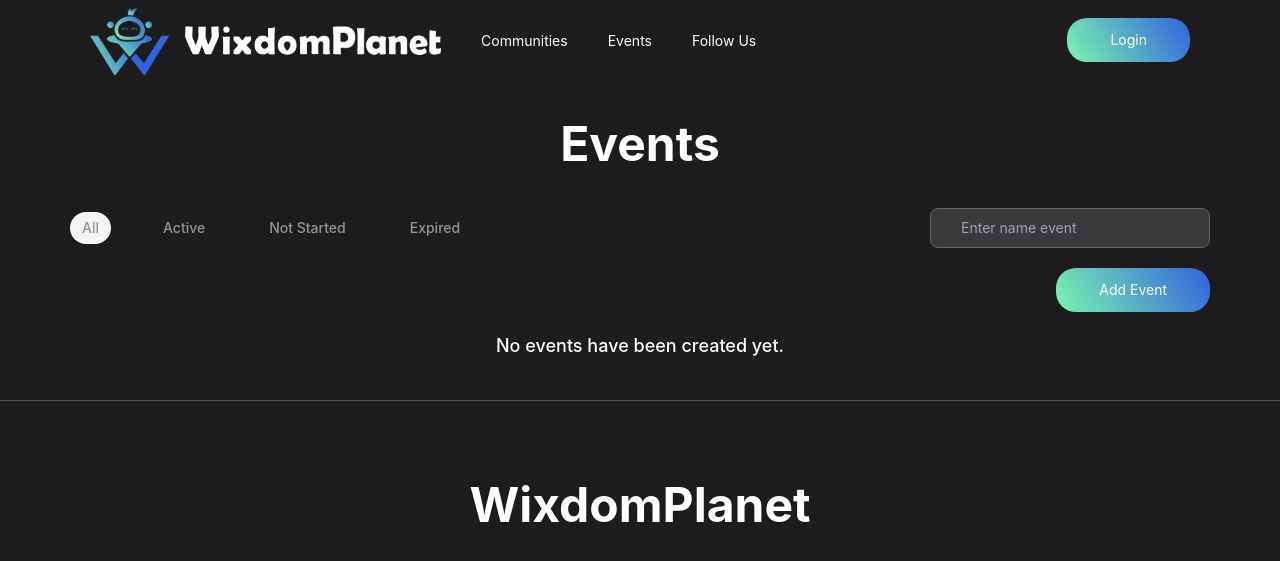
Repository: haudnn/WixdomPlanet-demo
Page: /
The author's editor kept a copy of each file at every save. The page is drawn from the files as they stood at one save, then again after the next save.
The browser window is 1280 px wide. The pictures show the whole page.
The project was rebuilt for these pictures with package versions that can differ from the ones it lists, and the page was loaded fresh each time. Also part of the build but not shown: vite.config.js, src/features/Event/page/AddEvent.jsx, src/features/Event/components/EventItem.jsx.

Above is the page before, as saved 2023-02-04 14:15:37.

### src/App.jsx
import "./App.css";
import { BrowserRouter } from "react-router-dom";
import Header from "./components/Layout/Header";
import RoutesConfig from "./config/RoutesConfig";
import Footer from "./components/Layout/Footer";
function App() {
  return (
    <div className="App bg-[#1c1c1e] min-h-screen">
      <BrowserRouter>
        <Header />
        <RoutesConfig/>
        <Footer/>
      </BrowserRouter>
    </div>
  );
}

export default App;

### src/index.css
@tailwind base;
@tailwind components;
@tailwind utilities;

:root {
  font-family: Inter, system-ui, Avenir, Helvetica, Arial, sans-serif;
}

### src/App.css
.active {
    background-color:#f5f5f5 ;
    border-radius: 100px;
    color: #525252;
}
.grid {
    width: 100% !important;
    display: block !important;
    padding: 0;
}

.grid.wide {
    max-width: 1200px;
    margin: 0 auto;
}

.row {
    display: flex;
    flex-wrap: wrap;
    margin-left: -4px;
    margin-right: -4px;
}

.row.no-gutters {
    margin-left: 0;
    margin-right: 0;
}

.col {
    padding-left: 4px;
    padding-right: 4px;
}

.row.no-gutters .col {
    padding-left: 0;
    padding-right: 0;
}

.c-0 {
    display: none;
}

.c-1 {
    flex: 0 0 8.33333%;
    max-width: 8.33333%;
}

.c-2 {
    flex: 0 0 16.66667%;
    max-width: 16.66667%;
}

.c-3 {
    flex: 0 0 25%;
    max-width: 25%;
}

.c-4 {
    flex: 0 0 33.33333%;
    max-width: 33.33333%;
}

.c-5 {
    flex: 0 0 41.66667%;
    max-width: 41.66667%;
}

.c-6 {
    flex: 0 0 50%;
    max-width: 50%;
}

.c-7 {
    flex: 0 0 58.33333%;
    max-width: 58.33333%;
}

.c-8 {
    flex: 0 0 66.66667%;
    max-width: 66.66667%;
}

.c-9 {
    flex: 0 0 75%;
    max-width: 75%;
}

.c-10 {
    flex: 0 0 83.33333%;
    max-width: 83.33333%;
}

.c-11 {
    flex: 0 0 91.66667%;
    max-width: 91.66667%;
}

.c-12 {
    flex: 0 0 100%;
    max-width: 100%;
}

.c-o-1 {
    margin-left: 8.33333%;
}

.c-o-2 {
    margin-left: 16.66667%;
}

.c-o-3 {
    margin-left: 25%;
}

.c-o-4 {
    margin-left: 33.33333%;
}

.c-o-5 {
    margin-left: 41.66667%;
}

.c-o-6 {
    margin-left: 50%;
}

.c-o-7 {
    margin-left: 58.33333%;
}

.c-o-8 {
    margin-left: 66.66667%;
}

.c-o-9 {
    margin-left: 75%;
}

.c-o-10 {
    margin-left: 83.33333%;
}

.c-o-11 {
    margin-left: 91.66667%;
}

/* >= Tablet */
@media (min-width: 740px) {
    .row {
        margin-left: -8px;
        margin-right: -8px;
    }

    .col {
        padding-left: 8px;
        padding-right: 8px;
    }

    .m-0 {
        display: none;
    }

    .m-1,
    .m-2,
    .m-3,
    .m-4,
    .m-5,
    .m-6,
    .m-7,
    .m-8,
    .m-9,
    .m-10,
    .m-11,
    .m-12 {
        display: block;
    }

    .m-1 {
        flex: 0 0 8.33333%;
        max-width: 8.33333%;
    }

    .m-2 {
        flex: 0 0 16.66667%;
        max-width: 16.66667%;
    }

    .m-3 {
        flex: 0 0 25%;
        max-width: 25%;
    }

    .m-4 {
        flex: 0 0 33.33333%;
        max-width: 33.33333%;
    }

    .m-5 {
        flex: 0 0 41.66667%;
        max-width: 41.66667%;
    }

    .m-6 {
        flex: 0 0 50%;
        max-width: 50%;
    }

    .m-7 {
        flex: 0 0 58.33333%;
        max-width: 58.33333%;
    }

    .m-8 {
        flex: 0 0 66.66667%;
        max-width: 66.66667%;
    }

    .m-9 {
        flex: 0 0 75%;
        max-width: 75%;
    }

    .m-10 {
        flex: 0 0 83.33333%;
        max-width: 83.33333%;
    }

    .m-11 {
        flex: 0 0 91.66667%;
        max-width: 91.66667%;
    }

    .m-12 {
        flex: 0 0 100%;
        max-width: 100%;
    }

    .m-o-1 {
        margin-left: 8.33333%;
    }

    .m-o-2 {
        margin-left: 16.66667%;
    }

    .m-o-3 {
        margin-left: 25%;
    }

    .m-o-4 {
        margin-left: 33.33333%;
    }

    .m-o-5 {
        margin-left: 41.66667%;
    }

    .m-o-6 {
        margin-left: 50%;
    }

    .m-o-7 {
        margin-left: 58.33333%;
    }

    .m-o-8 {
        margin-left: 66.66667%;
    }

    .m-o-9 {
        margin-left: 75%;
    }

    .m-o-10 {
        margin-left: 83.33333%;
    }

    .m-o-11 {
        margin-left: 91.66667%;
    }
}

/* PC medium resolution > */
@media (min-width: 1113px) {
    .row {
        margin-left: -12px;
        margin-right: -12px;
    }

    .row.sm-gutter {
        margin-left: -5px;
        margin-right: -5px;
    }

    .col {
        padding-left: 12px;
        padding-right: 12px;
    }

    .row.sm-gutter .col {
        padding-left: 5px;
        padding-right: 5px;
    }

    .l-0 {
        display: none;
    }

    .l-1,
    .l-2,
    .l-2-4,
    .l-3,
    .l-4,
    .l-5,
    .l-6,
    .l-7,
    .l-8,
    .l-9,
    .l-10,
    .l-11,
    .l-12 {
        display: block;
    }

    .l-1 {
        flex: 0 0 8.33333%;
        max-width: 8.33333%;
    }

    .l-2 {
        flex: 0 0 16.66667%;
        max-width: 16.66667%;
    }

    .l-2-4 {
        flex: 0 0 20%;
        max-width: 20%;
    }

    .l-3 {
        flex: 0 0 25%;
        max-width: 25%;
    }

    .l-4 {
        flex: 0 0 33.33333%;
        max-width: 33.33333%;
    }

    .l-5 {
        flex: 0 0 41.66667%;
        max-width: 41.66667%;
    }

    .l-6 {
        flex: 0 0 50%;
        max-width: 50%;
    }

    .l-7 {
        flex: 0 0 58.33333%;
        max-width: 58.33333%;
    }

    .l-8 {
        flex: 0 0 66.66667%;
        max-width: 66.66667%;
    }

    .l-9 {
        flex: 0 0 75%;
        max-width: 75%;
    }

    .l-10 {
        flex: 0 0 83.33333%;
        max-width: 83.33333%;
    }

    .l-11 {
        flex: 0 0 91.66667%;
        max-width: 91.66667%;
    }

    .l-12 {
        flex: 0 0 100%;
        max-width: 100%;
    }

    .l-o-1 {
        margin-left: 8.33333%;
    }

    .l-o-2 {
        margin-left: 16.66667%;
    }

    .l-o-3 {
        margin-left: 25%;
    }

    .l-o-4 {
        margin-left: 33.33333%;
    }

    .l-o-5 {
        margin-left: 41.66667%;
    }

    .l-o-6 {
        margin-left: 50%;
    }

    .l-o-7 {
        margin-left: 58.33333%;
    }

    .l-o-8 {
        margin-left: 66.66667%;
    }

    .l-o-9 {
        margin-left: 75%;
    }

    .l-o-10 {
        margin-left: 83.33333%;
    }

    .l-o-11 {
        margin-left: 91.66667%;
    }
}

/* Tablet - PC low resolution */
@media (min-width: 740px) and (max-width: 1023px) {
    .wide {
        width: 644px;
    }
}

/* > PC low resolution */
@media (min-width: 1024px) and (max-width: 1239px) {
    .wide {
        width: 984px;
    }

    .wide .row {
        margin-left: -12px;
        margin-right: -12px;
    }

    .wide .row.sm-gutter {
        margin-left: -5px;
        margin-right: -5px;
    }

    .wide .col {
        padding-left: 12px;
        padding-right: 12px;
    }

    .wide .row.sm-gutter .col {
        padding-left: 5px;
        padding-right: 5px;
    }

    .wide .l-0 {
        display: none;
    }

    .wide .l-1,
    .wide .l-2,
    .wide .l-2-4,
    .wide .l-3,
    .wide .l-4,
    .wide .l-5,
    .wide .l-6,
    .wide .l-7,
    .wide .l-8,
    .wide .l-9,
    .wide .l-10,
    .wide .l-11,
    .wide .l-12 {
        display: block;
    }

    .wide .l-1 {
        flex: 0 0 8.33333%;
        max-width: 8.33333%;
    }

    .wide .l-2 {
        flex: 0 0 16.66667%;
        max-width: 16.66667%;
    }

    .wide .l-2-4 {
        flex: 0 0 20%;
        max-width: 20%;
    }

    .wide .l-3 {
        flex: 0 0 25%;
        max-width: 25%;
    }

    .wide .l-4 {
        flex: 0 0 33.33333%;
        max-width: 33.33333%;
    }

    .wide .l-5 {
        flex: 0 0 41.66667%;
        max-width: 41.66667%;
    }

    .wide .l-6 {
        flex: 0 0 50%;
        max-width: 50%;
    }

    .wide .l-7 {
        flex: 0 0 58.33333%;
        max-width: 58.33333%;
    }

    .wide .l-8 {
        flex: 0 0 66.66667%;
        max-width: 66.66667%;
    }

    .wide .l-9 {
        flex: 0 0 75%;
        max-width: 75%;
    }

    .wide .l-10 {
        flex: 0 0 83.33333%;
        max-width: 83.33333%;
    }

    .wide .l-11 {
        flex: 0 0 91.66667%;
        max-width: 91.66667%;
    }

    .wide .l-12 {
        flex: 0 0 100%;
        max-width: 100%;
    }

    .wide .l-o-1 {
        margin-left: 8.33333%;
    }

    .wide .l-o-2 {
        margin-left: 16.66667%;
    }

    .wide .l-o-3 {
        margin-left: 25%;
    }

    .wide .l-o-4 {
        margin-left: 33.33333%;
    }

    .wide .l-o-5 {
        margin-left: 41.66667%;
    }

    .wide .l-o-6 {
        margin-left: 50%;
    }

    .wide .l-o-7 {
        margin-left: 58.33333%;
    }

    .wide .l-o-8 {
        margin-left: 66.66667%;
    }

    .wide .l-o-9 {
        margin-left: 75%;
    }

    .wide .l-o-10 {
        margin-left: 83.33333%;
    }

    .wide .l-o-11 {
        margin-left: 91.66667%;
    }
}

### src/components/Layout/Header.jsx
import React from 'react'
import { Link } from 'react-router-dom'
import logo from "../../assets/imgs/logo.png"
const Header = () => {
  return (
    <header className='h-[80px]'>
        <div className='max-w-[1140px] my-0 mx-auto h-full px-5'>
            <div className='flex items-center justify-between h-full'>
                <div className='flex items-center gap-x-10'>
                    <div className='h-[80px]'>
                        <Link to="/">
                            <img src={logo} alt="Logo" className='w-full h-full object-cover' />
                        </Link>
                    </div>
                    <ul className='flex items-center gap-x-10'>
                        <li>
                            <Link className='text-sm text-white' to="/communities">Communities</Link>
                        </li>
                        <li>
                            <Link className='text-sm text-white' to="/events">Events</Link>
                        </li>
                        <li>
                            <Link className='text-sm text-white' to="/follow">Follow Us</Link>
                        </li>
                    </ul>
                </div>
                <button style={{background: "linear-gradient(239deg,#3262dd,#7af4ae 98.78%)"}} className='text-sm text-white rounded-[20px] py-3 px-[43px]'>
                    <Link to="/login">Login</Link>
                </button>
            </div>
        </div>
    </header>
  )
}

export default Header

### src/config/RoutesConfig.jsx
import { Routes, Route } from 'react-router-dom';
import routes from '../constants/routes';
function RoutesConfig() {
  return (
    <Routes>
      {routes.map(({ path, component }) => (
        <Route key={path} path={path} element={component} />
      ))}
    </Routes>
  );
}
export default RoutesConfig;

### src/components/Layout/Footer.jsx
import React from 'react'

const Footer = () => {
  return (
    <footer className='border-t border-solid border-[#525252]'>
        <div className='max-w-[1140px] my-0 mx-auto px-5'>
            <div className="pt-[80px] pb-[48px] text-center text-white text-5xl font-bold">
               WixdomPlanet
            </div>
        </div>
    </footer>
  )
}

export default Footer

### src/constants/routes.jsx
import AddEvent from "../features/Event/page/AddEvent";
import Home from "../features/Home";

const routes = [
    {
      path: '/',
      component: <Home/>,
    },
    {
        path: '/add',
        component: <AddEvent/>,
      },
]
export default routes;

### src/features/Home.jsx
import React, { useEffect, useState } from "react";
import { Link } from "react-router-dom";
import { useLocalStorage } from "../hooks";
import Event from "./Event/page/Event";

const categorise = [
  {
    id: 1,
    name: "All",
  },
  {
    id: 2,
    name: "Active",
  },
  {
    id: 3,
    name: "Not Started",
  },
  {
    id: 4,
    name: "Expired",
  },
];
const Home = () => {
  const events = useLocalStorage();
  const [selectedCategoryId, setSelectedCategoryId] = useState(1);
  const [filteredEvents, setFilteredEvents] = useState([events])
  console.log(filteredEvents)
  // const filteredEvents = events.filter(product =>
  //   product.name.toLowerCase().includes(searchTerm.toLowerCase())
  // );
  const handleFilterEvents = (e,categoryId) => {
    const filterEvents = filteredEvents.filter((event) => {
      return event.statusEvent === e.target.name;
    })
    setFilteredEvents(filterEvents)
    setSelectedCategoryId(categoryId)
  }
  return (
    <section className="home py-10 max-w-[1140px] my-0 mx-auto">
      <div className="text-center">
        <span className="text-white font-bold text-5xl">Events</span>
      </div>
      <div className="mt-10 flex items-center justify-between">
        <ul className="flex items-center gap-x-10">
          {categorise.map((category) => (
            <li
              onClick={(e) => handleFilterEvents(e,category.id)}
              key={category.id}
              name={category.name}
              className={`${
                selectedCategoryId === category.id ? "active" : ""
              } font-medium text-[#949499] px-3 py-[6px] cursor-pointer text-sm`}
            >
              {category.name}
            </li>
          ))}
        </ul>
        <div className="w-[280px]">
          <input
            type="text"
            placeholder="Enter name event"
            className="text-sm pl-[30px] pr-[15px] h-10 leading-10 border border-solid border-[#636366] inline-block w-full bg-[#3a3a3c] rounded-lg text-white"
          />
        </div>
      </div>
      <div className="my-5 flex justify-end">
        <Link
          to="/add"
          style={{
            background: "linear-gradient(239deg,#3262dd,#7af4ae 98.78%)",
          }}
          className=" block text-sm text-white rounded-[20px] py-3 px-[43px]"
        >
          Add Event
        </Link>
      </div>
      <div className="mt-5">
        {events.length > 0 ? (
          <Event events={events} />
        ) : (
          <div className="text-center">
            <span className="text-white font-medium text-lg">
              No events have been created yet.
            </span>
          </div>
        )}
      </div>
    </section>
  );
};

export default Home;

### src/hooks/index.js
import useLocalStorage from "./useLocalStorage";
import useCheckStatusEvent from "./useCheckStatusEvent";
export {
    useLocalStorage,
    useCheckStatusEvent
}

### src/hooks/useLocalStorage.js
import { useEffect, useState } from "react";

const useLocalStorage = () => {
    const [events, setEvents] = useState([]);
    // check if localStorage if haved  "events" in localStorage getelse set
    useEffect(() => {
        const isEnvents = JSON.parse(localStorage.getItem('events'));
        if (!isEnvents) {
            localStorage.setItem("events", JSON.stringify([]))
        }
        else{
            setEvents(isEnvents)
        }
      }, []);
    return events
}
export default useLocalStorage;

### src/hooks/useCheckStatusEvent.js
import { useMemo} from "react"

const useCheckStatusEvent = (startTime, endTime) => {
    const statusEvent = useMemo(() => {
        const currentTime = new Date().getTime();
        const startTimeConvert = new Date(startTime).getTime();
        const endTimeConvert = new Date(endTime).getTime();
        if (currentTime > endTimeConvert) return "Expired"
        if (currentTime >= startTimeConvert) {
            return "Active"
        }
        else {
            return "Not started"
        }
    }, [startTime, endTime])
    return statusEvent;
}
export default useCheckStatusEvent

### src/features/Event/page/Event.jsx
import { Link } from "react-router-dom";
import EventItem from "../components/EventItem";
import React, { useEffect, useState } from "react";
const Event = ({events}) => {
  return (
    <div className="event">
      <div className="grid">
        <div className="row">
          {
            events.map((event, i) => (
              <EventItem
                key={i}
                name={event.name}
                reward={event.reward}
                file={event.file}
                introduction={event.introduction}
                during={event.during}
              ></EventItem>
            ))
          }
        </div>
      </div>
    </div>
  );
};

export default Event;

Loaded but not shown: index.html (common file); src/main.jsx (common file); tailwind.config.cjs (common file)

After the next save:
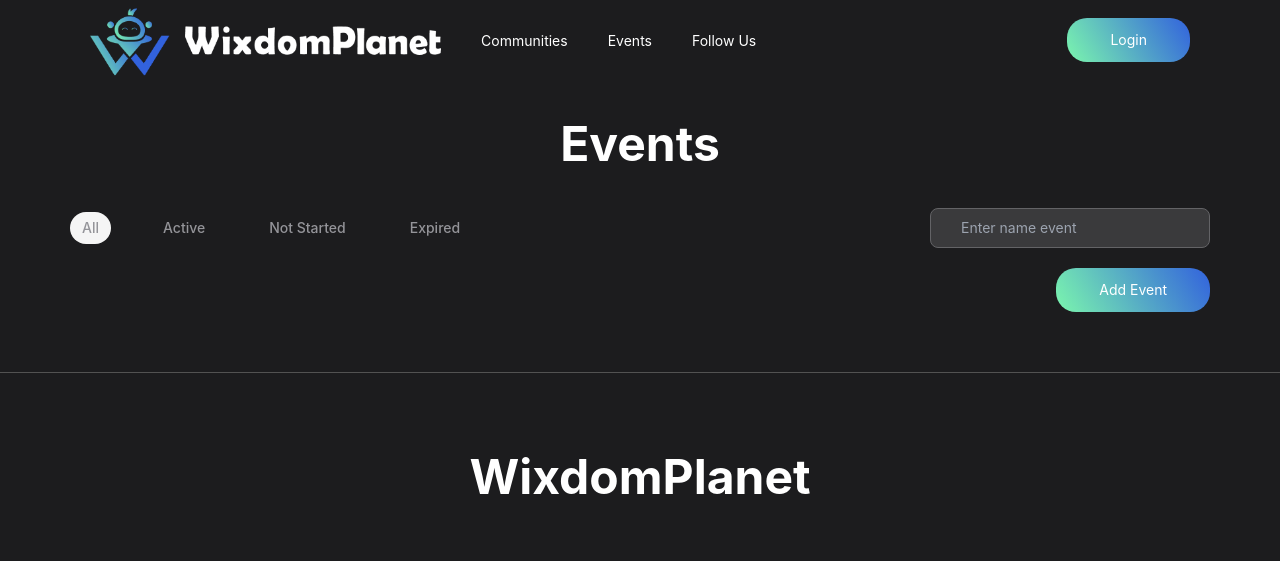
Saved 6 min 10 s later.
--- a/src/features/Home.jsx
+++ b/src/features/Home.jsx
@@ -24,8 +24,10 @@ const categorise = [
 const Home = () => {
   const events = useLocalStorage();
   const [selectedCategoryId, setSelectedCategoryId] = useState(1);
-  const [filteredEvents, setFilteredEvents] = useState([events])
-  console.log(filteredEvents)
+  const [filteredEvents, setFilteredEvents] = useState([])
+  useEffect(() => {
+    setFilteredEvents(events)
+  },[events])
   // const filteredEvents = events.filter(product =>
   //   product.name.toLowerCase().includes(searchTerm.toLowerCase())
   // );
@@ -76,15 +78,7 @@ const Home = () => {
         </Link>
       </div>
       <div className="mt-5">
-        {events.length > 0 ? (
-          <Event events={events} />
-        ) : (
-          <div className="text-center">
-            <span className="text-white font-medium text-lg">
-              No events have been created yet.
-            </span>
-          </div>
-        )}
+      <Event events={filteredEvents} />
       </div>
     </section>
   );
